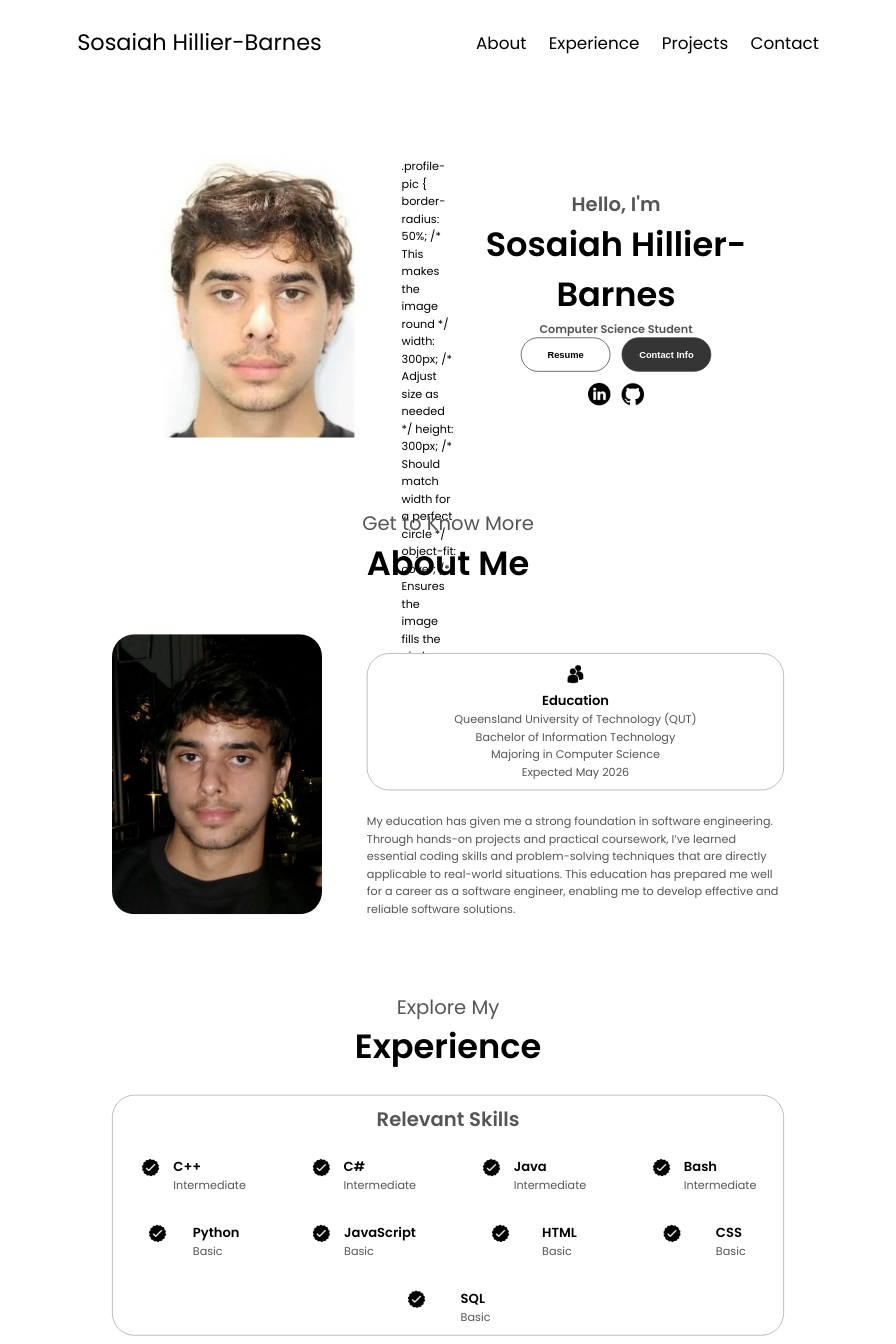
Repository: Hillier-Barnes/PortfolioWebsite
Page: index.html
An editor plug-in stored every save of this project. The page is shown before and after a run of saves, followed by the edit.
The browser window is 1280 px wide. The pictures show the part of the page from y = 0 to 1920 px (the page is 3463 px tall), at 70% of full size.

Above is the page before, as saved 2025-03-29 00:25:19.

After the next 4 saves:
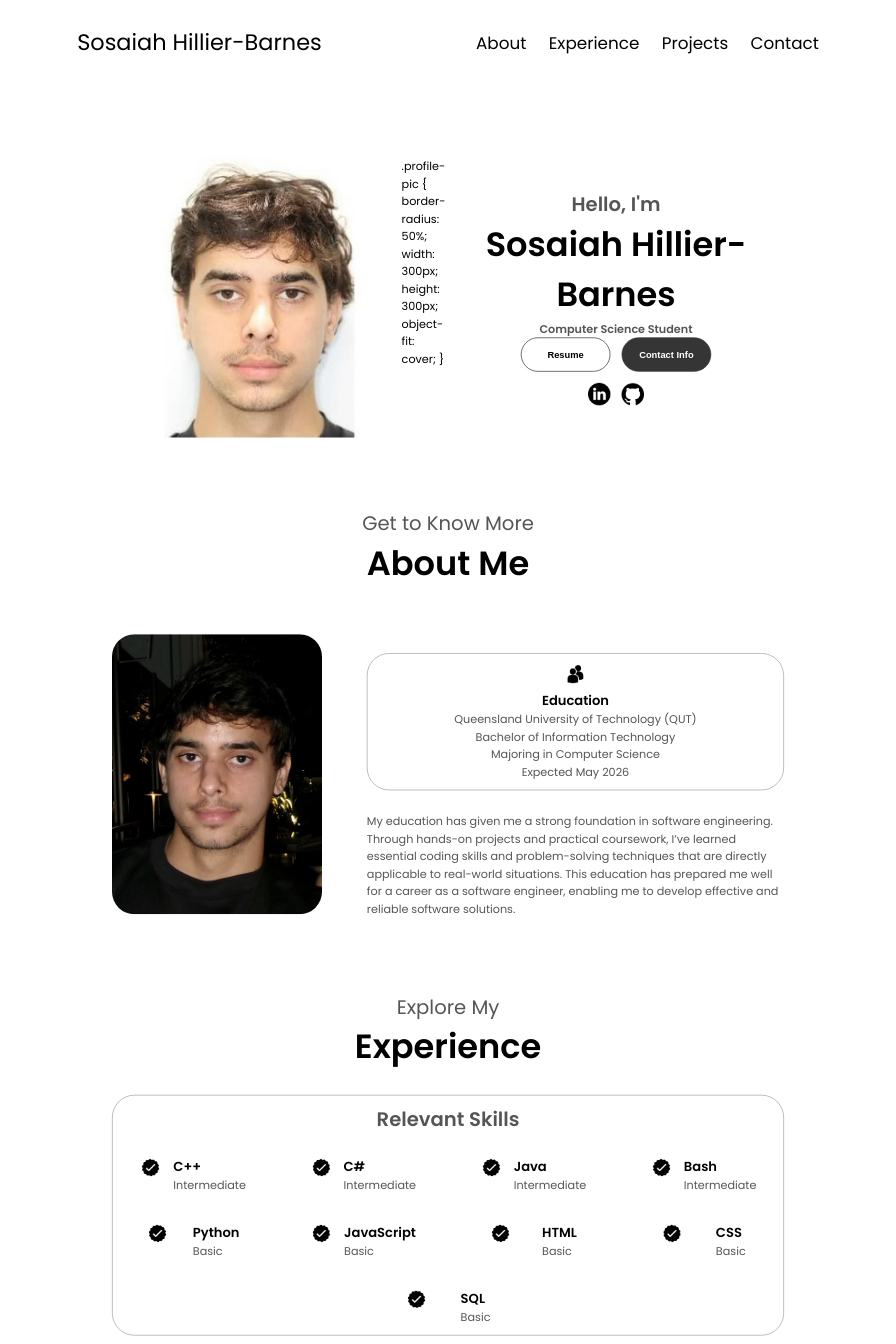
The 4 saves are shown as one change because they came seconds apart.
The last was saved 13 s later.
--- a/index.html
+++ b/index.html
@@ -39,10 +39,10 @@
         <div class="section__pic-container">
             <img src="./assets/profile-pic.png" alt="Sosaiah Hillier-Barnes profile-pic">
             .profile-pic {
-                border-radius: 50%;  /* This makes the image round */
-                width: 300px;       /* Adjust size as needed */
-                height: 300px;      /* Should match width for a perfect circle */
-                object-fit: cover;  /* Ensures the image fills the circle without stretching */
+                border-radius: 50%;
+                width: 300px;
+                height: 300px;
+                object-fit: cover;
             }
         </div>
         <div class="section__text">
